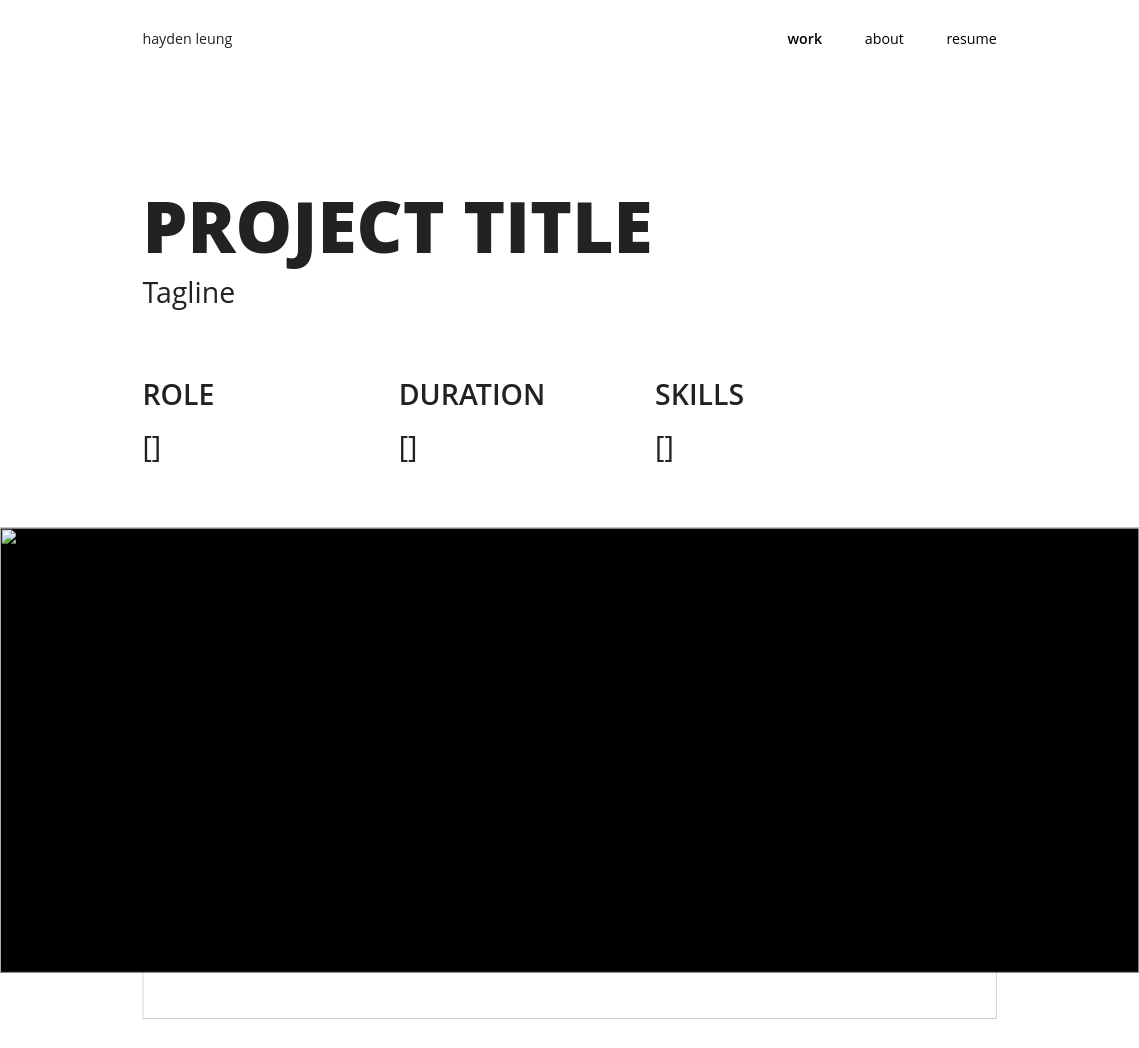
Repository: Haydenleung/Artifact
Page: /
These files come from the project's save history. The page is drawn as it stood at one moment and after the next save; the edit follows.
The browser window is 1280 px wide. The pictures show the whole page, at 89% of full size.
The project was rebuilt for these pictures with package versions that can differ from the ones it lists, and the page was loaded fresh each time. The framework's server and built-in components were replaced by stand-ins that run in the browser. Also part of the build but not shown: next.config.mjs.

Above is the page before, as saved 2024-01-29 00:09:05.

After the next save:
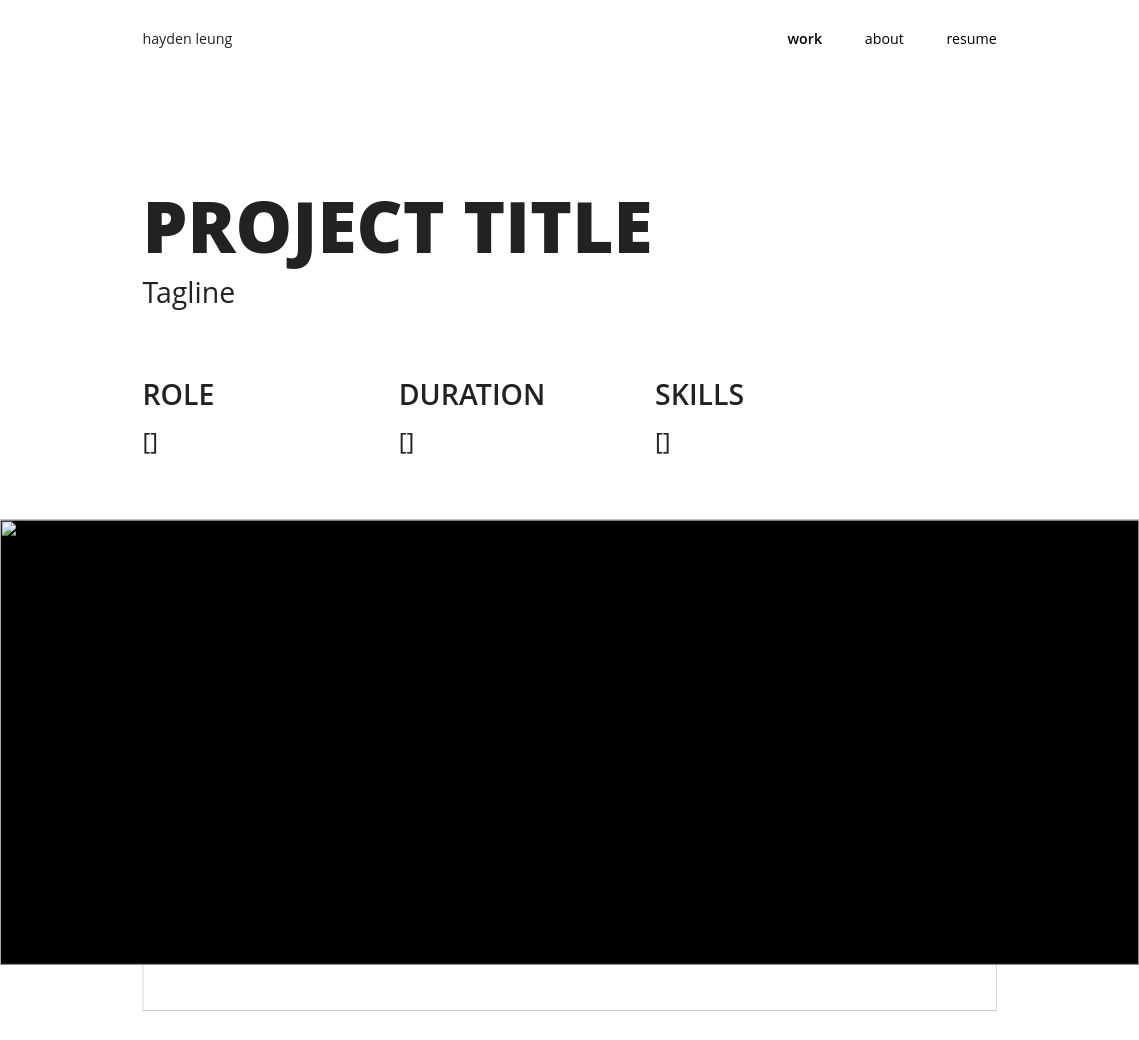
Saved 4 s later.
--- a/src/components/CaseStudy/casestudy.module.css
+++ b/src/components/CaseStudy/casestudy.module.css
@@ -32,6 +32,7 @@
     width: 30%;
     font-weight: 400;
     line-height: 180%;
+    font-size: 20pt;
 }
 
 .projectCover {
